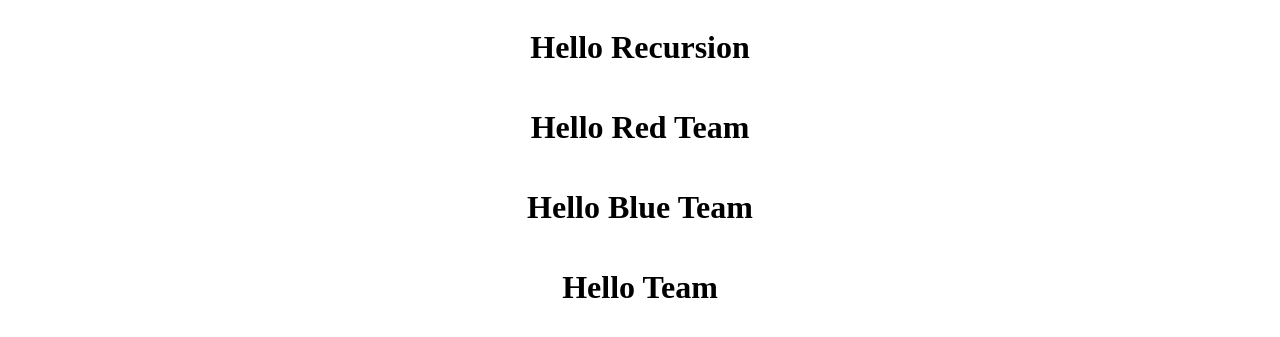
Repository: beginner-teamF/task1
Page: index.html
These files come from the project's save history. The page is drawn as it stood at one moment and after a run of saves; the edit follows.
The browser window is 1280 px wide. The pictures show the whole page.

Above is the page before, as saved 2024-02-28 13:22:20.

### index.html
<!DOCTYPE html>
<html lang="ja">
<head>
    <meta charset="UTF-8">
    <meta http-equiv="X-UA-Compatible" content="IE=edge">
    <meta name="viewport" content="width=device-width, initial-scale=1.0">
    <title>初心者チーム開発</title>
    <link rel="stylesheet" href="style.css">
</head>
<body>
    <div class="container">
        <h1>Hello Recursion</h1>
        <h1>Hello Red Team</h1>
        <h1>Hello Blue Team</h1>
        <h1>Hello  Team</h1>
    </div>
</body>

### style.css
.container {
    display:flex;
    flex-flow: column;
    align-items: center;
}

After the next 3 saves:
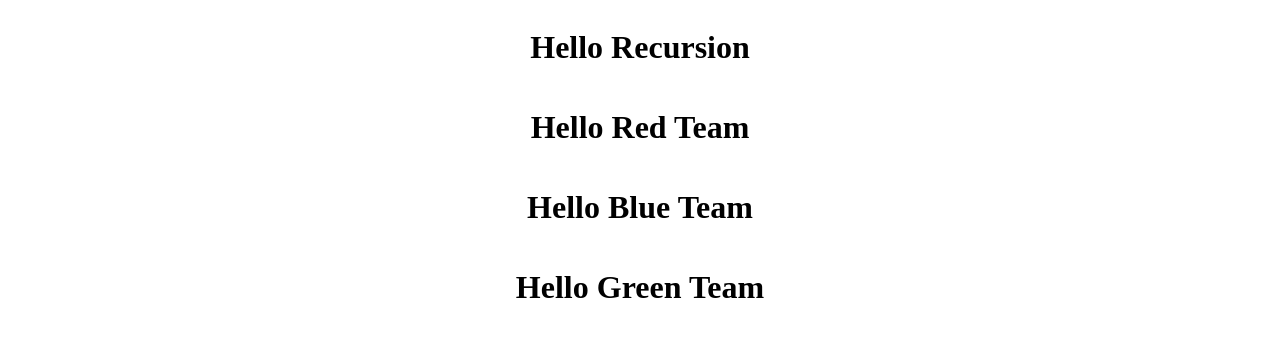
The 3 saves are shown as one change because they came seconds apart.
The last was saved 7 s later.
--- a/index.html
+++ b/index.html
@@ -12,6 +12,6 @@
         <h1>Hello Recursion</h1>
         <h1>Hello Red Team</h1>
         <h1>Hello Blue Team</h1>
-        <h1>Hello  Team</h1>
+        <h1>Hello Green Team</h1>
     </div>
 </body>
